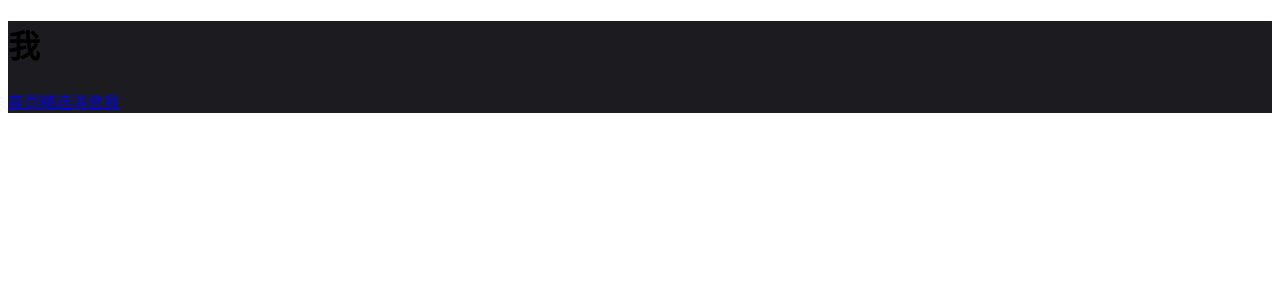
Repository: Heqiong129/Kwai
Page: /#/about
These files come from the project's save history. The page is drawn as it stood at one moment and after the next save; the edit follows.
The browser window is 1280 px wide. The pictures show the whole page.
The project was rebuilt for these pictures with package versions that can differ from the ones it lists, and the page was loaded fresh each time. Also part of the build but not shown: vue.config.js, src/components/HelloWorld.vue, src/views/HomeView.vue.

Above is the page before, as saved 2022-07-04 11:17:25.

After the next save:
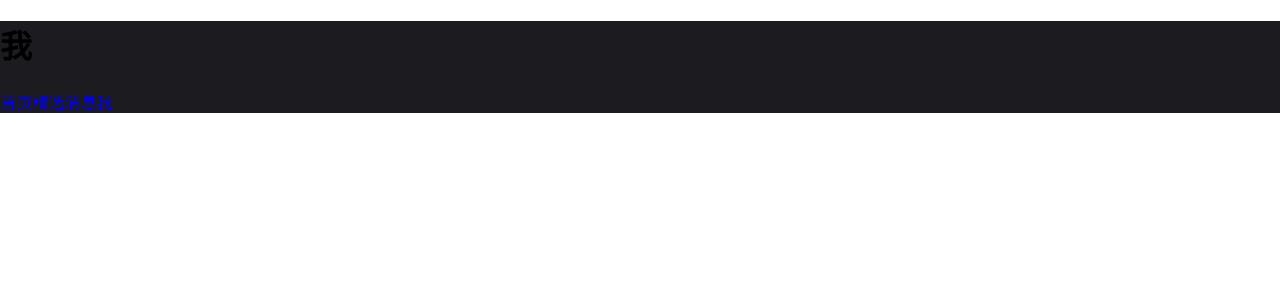
Saved 22 s later.
--- a/src/App.vue
+++ b/src/App.vue
@@ -23,6 +23,10 @@
 </script>
 
 <style>
+body {
+  margin: 0;
+}
+
 .main {
   height: 100%;
   background-color: rgb(28, 27, 31);
